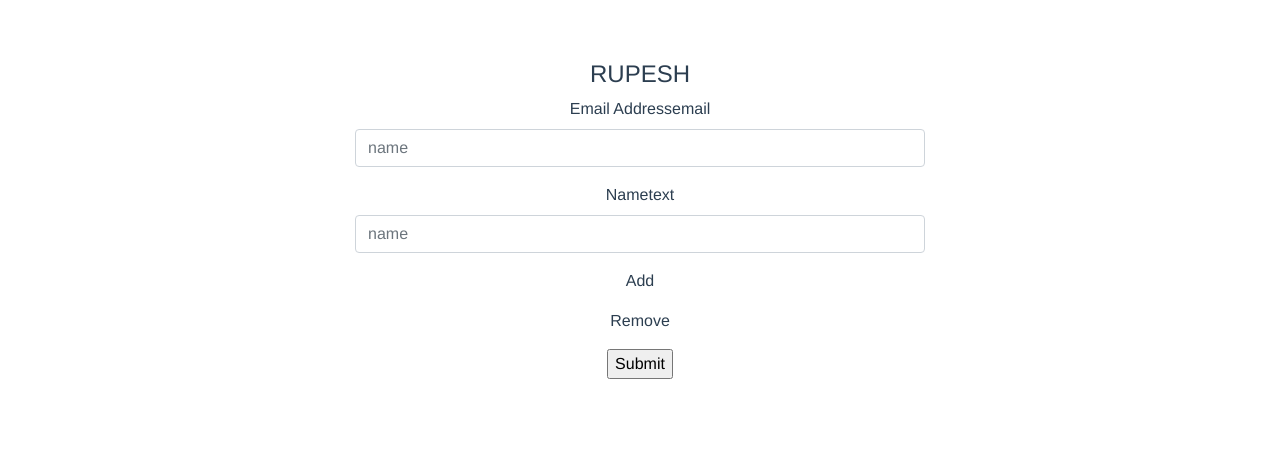
Repository: rupeshpawar93/vue-profile
Page: /company-form
The author's editor kept a copy of each file at every save. The page is drawn from the files as they stood at one save, then again after the next save.
The browser window is 1280 px wide. The pictures show the whole page.
The project was rebuilt for these pictures with package versions that can differ from the ones it lists, and the page was loaded fresh each time. Also part of the build but not shown: webpack.config.js, src/components/Portfolio.vue, src/components/PortfolioDetail.vue, src/components/Mycart.vue.

Above is the page before, as saved 2019-11-06 15:34:23.

### index.html
<!DOCTYPE html>
<html lang="en">
  <head>
    <meta charset="utf-8">
    <title>Portfolio Manager</title>
  </head>
  <body>
    <div id="app"></div>
    <script src="/dist/build.js"></script>
  </body>
</html>

### src/main.js
import Vue from 'vue'
import BootstrapVue from 'bootstrap-vue'
import 'bootstrap/dist/css/bootstrap.css'
import 'bootstrap-vue/dist/bootstrap-vue.css'
import App from './App'
import router from './router'
import { store } from './store/store.js'

Vue.use(BootstrapVue)

Vue.config.productionTip = false

new Vue({
	el: '#app',
	router,
	store,
	template: '<App/>',
	components: { App }
})

### src/App.vue
<template>
  <div id="app">
    <router-view></router-view>
  </div>
</template>

<script>
	export default {
	  name: 'app'
	}
</script>


<style>
	#app {
		font-family: 'Avenir', Helvetica, Arial, sans-serif;
		-webkit-font-smoothing: antialiased;
		-moz-osx-font-smoothing: grayscale;
		text-align: center;
		color: #2c3e50;
		margin-top: 60px;
	}

	h1, h2 {
		font-weight: normal;
	}
</style>

### src/router/index.js
import Vue from 'vue'
import Router from 'vue-router'
import Portfolio from '@/components/Portfolio'
import PortfolioDetail from '@/components/PortfolioDetail'
import MyCart from '@/components/Mycart'
import Company from '@/components/Company'
Vue.use(Router)

export default new Router({
    mode: 'history',
    routes: [
        {
            path: '/',
            name: 'Portfolio',
            component: Portfolio
        },
        {
            path: '/portfolio/detail',
            name: 'mycart',
            component: MyCart,
            props:true
        },
        {
            path:'/company-form',
            name: 'company',
            component: Company
        }
    ]
})

### src/store/store.js
import Vue from 'vue'
import Vuex from 'vuex'

Vue.use(Vuex)
export const store = new Vuex.Store({
    state: {
        myshare:0,
        sharePrice:0,
        first_name:'rupesh'
    },
    getters: {
        upperCase:state=>state.first_name.toUpperCase()
    },
    mutations: {
        increment(state,flag) {
            ++state.myshare
        },
        decrement(state,flag) {
            --state.myshare
        },
        addPrice(state,price) {
            state.sharePrice=state.sharePrice+price
        },
        minusPrice(state,price) {
            state.sharePrice=state.sharePrice-price
        }
    },
    actions: {
        addIncrement(context,flag) {
            if(flag){
                context.commit('increment')
            } else {
                context.commit('decrement')
            }
        },
        addPriceValue(context,[flag,price]) {
            if(flag) {
                context.commit('addPrice',price)
            } else {
                context.commit('minusPrice',price)
            }
        }
    }
});

### src/components/Company.vue
<template>
    <div>
        <h4>{{name}}</h4>
        <h3>{{company}}</h3>
        <form class="container" @submit.prevent="checkForm">
            <div v-for="(item,index) in items" v-bind:key="index">
                <!-- <div class="form-group">
                    <label for="exampleInputEmail1">Email address</label>
                    <input type="email" class="form-control" value=""  aria-describedby="emailHelp" v-model="item.email" placeholder="Enter email">
                </div> -->
                 <Input :item="item" :name="'Email Address'" :type="'email'"/>
                <Input :item="item" :name="'Name'" :type="'text'"/>
                <!-- <div class="form-group">
                    <label for="exampleInputPassword1">Name</label>
                    <input type="text" class="form-control" value="" id="exampleInputPassword1" placeholder="name" v-model="item.name">
                </div> -->
            </div>
             <p @click="addnew">Add</p>
              <p @click="remove">Remove</p>
             <div class="form-group">
                <input type="submit" value="Submit">
            </div>
        </form>
    </div>
</template>
<style scoped>
    .container {
        width:600px;
        margin: 0 auto;
    }
</style>>

</style>
<script>
import Input from './../reuse/Input'
export default {
    name: 'Company',
    data() {
        return {
            company:'',
            items:[]
        }
    },
    components: {Input},
    computed: {
        name() {
           return this.$store.getters.upperCase
        }
    },
    created() {
        this.company = this.$route.params.item.Company
    },
    methods: {
        checkForm() {
            console.log(this.items);
        },
        addnew() {
            this.items.push([
              {  email:null,
                name:null
            }])
        },
        remove() {
            this.items.splice(0,1)
        }
    },
    mounted() {
        this.addnew()
    }
}
</script>

### src/reuse/Input.vue
<template>
   <div class="form-group">
        <label for="exampleInputPassword1">{{name}}{{type}}</label>
        <input :type="type" class="form-control" value=""  placeholder="name" v-model="item.name">
    </div>
</template>

<script>
export default {
    name:'Input',
    props:{
        item:Array,
        name:String,
        type:String
    }
}
</script>

After the next save:
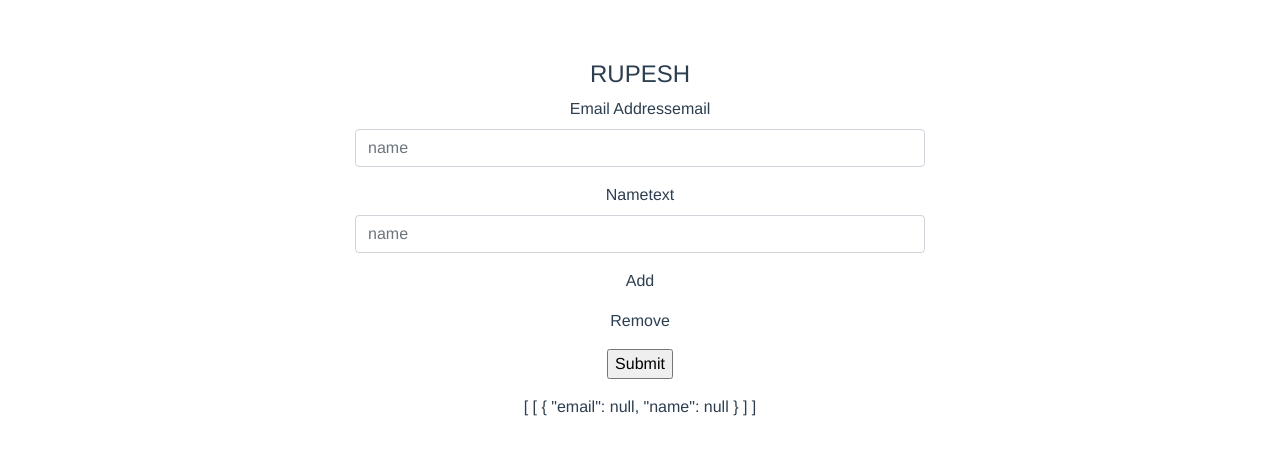
Saved 38 s later.
--- a/src/components/Company.vue
+++ b/src/components/Company.vue
@@ -21,6 +21,9 @@
                 <input type="submit" value="Submit">
             </div>
         </form>
+        <p>
+            {{this.items}}
+        </p>
     </div>
 </template>
 <style scoped>
